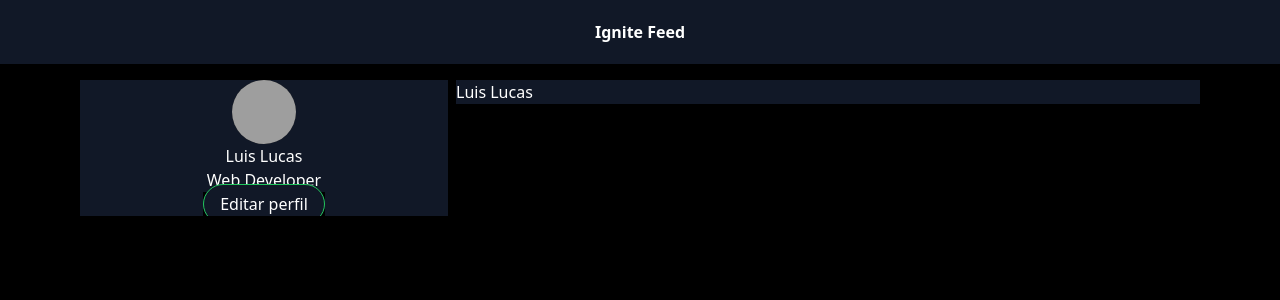
Repository: LuisSempre/ignite-feed
Page: /
The author's editor kept a copy of each file at every save. The page is drawn from the files as they stood at one save, then again after the next save.
The browser window is 1280 px wide. The pictures show the whole page.
Pictures or frames that could not be fetched are drawn as grey boxes. The project was rebuilt for these pictures with package versions that can differ from the ones it lists, and the page was loaded fresh each time. Also part of the build but not shown: vite.config.js.

Above is the page before, as saved 2022-07-13 21:36:06.

After the next save:
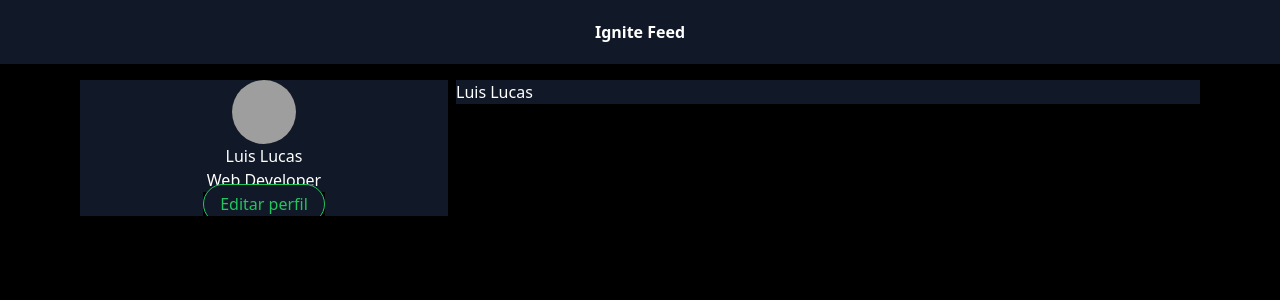
Saved 11 s later.
--- a/src/Components/Sidebar.jsx
+++ b/src/Components/Sidebar.jsx
@@ -9,7 +9,7 @@ export function Sidebar() {
       <h1>Luis Lucas</h1>
       <span>Web Developer</span>
       <div>
-        <a href="" className="border border-green-500 px-4 py-2 rounded-full">
+        <a href="" className="border border-green-500 px-4 py-2 rounded-full text-green-500">
             Editar perfil
         </a>
       </div>
